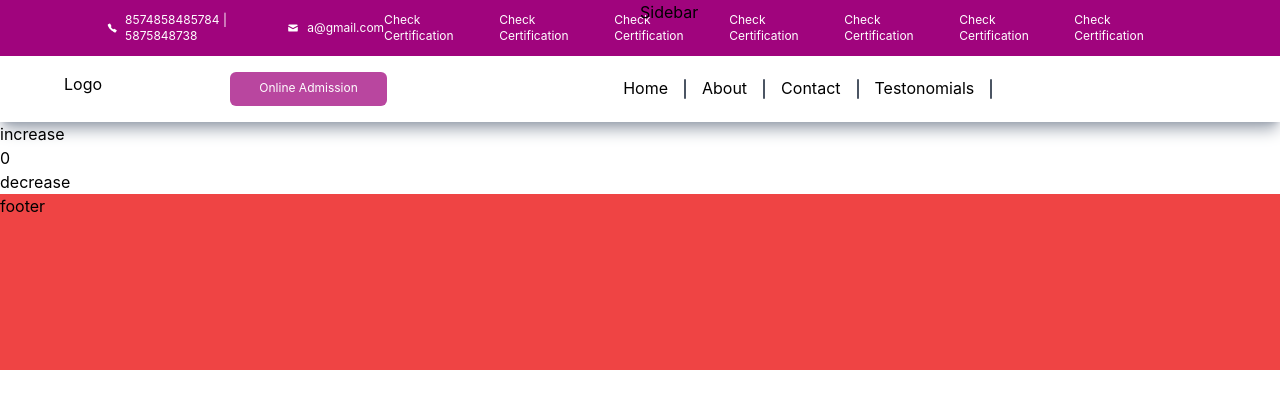
Repository: Sushant203/react-training-
Page: /
The author's editor kept a copy of each file at every save. The page is drawn from the files as they stood at one save, then again after the next save.
The browser window is 1280 px wide. The pictures show the whole page.
The project was rebuilt for these pictures with package versions that can differ from the ones it lists, and the page was loaded fresh each time. Also part of the build but not shown: src/App.css, src/components/LowerNav.jsx, src/components/UpperNav.jsx, src/Hoc/Layout/Layout.jsx.

Above is the page before, as saved 2022-12-19 20:49:49.

### src/App.js
import { useState } from 'react';
import './App.css';
import LowerNav from './components/LowerNav';
import UpperNav from './components/UpperNav';
import Layout from './Hoc/Layout/Layout'
import Homepage from './components/pages/homepage'
import Footer from './components/Footer/Footer';
import Sidebar from './components/Naviagtion/Sidebar/Sidebar';
import Toolbar from './components/Naviagtion/Toolbar/index';

function App() {
  return (
    <div>
      <Toolbar/>
      <Sidebar/>
     {/* <Layout> */}
      <Homepage/>
      <Footer/>
     {/* </Layout> */}
    </div>
  );
}

export default App;

### src/components/pages/homepage/index.jsx
import React, { useState } from "react";

function Index() {
  const [Data, setData] = useState(0);
  return (
    <div>
      <button
        onClick={() => {
          setData((previous) => previous + 1);
        }}
      >
        increase
      </button>
      <div>{Data}</div>
      <button
        onClick={() => {
          setData((previous) => previous - 1);
        }}
      >
        decrease
      </button>
    </div>
  );
}

export default Index;

### src/components/Footer/Footer.jsx
import React from "react";

function Footer() {
  return <div className="h-44 w-screen bg-red-500">footer</div>;
}

export default Footer;

### src/components/Naviagtion/Sidebar/Sidebar.jsx
import React from "react";

function Sidebar() {
  return (
    <div className="w-6/12 h-screen fixed top-0 right-0 z-10">Sidebar</div>
  );
}

export default Sidebar;

### src/components/Naviagtion/Toolbar/index.jsx
import React from "react";
import Header from "./header";
import Secondary from "./Secondary";

function Index() {
  return (
    <div className="h-fit bg-mainColor w-screen shadow-lg shadow-gray-400 ">
      <Header />
      <Secondary />
    </div>
  );
}

export default Index;

### src/components/Naviagtion/Toolbar/header.jsx
import React from "react";
import { IoCallSharp } from "react-icons/io5";
import { HiMail } from "react-icons/hi";
function Header() {
  const NavLinks = [
    { title: "check certificate" },
    { title: "Career" },
    { title: "Contact Us" },
    { title: "Download Brochure" },
    { title: "Hackathons" },
    { title: "Hire Talents" },
    { title: "Testimonials" },
  ];
  return (
    <div className="py-3 h-fit  md:w-10/12 mx-auto flex flex-col   md:flex-row items-center justify-between  md:text-xs">
      {/* number and email */}
      <div className="flex gap-2  text-white">
        <div className="flex gap-2  items-center">
          <IoCallSharp />
          8574858485784 | 5875848738
        </div>
        <div className=" flex gap-2 items-center">
          <HiMail />
          a@gmail.com
        </div>
      </div>
      {/* navigation links */}
      <div className="text-white hidden md:flex gap-4  ">
        {NavLinks.map((val, i) => {
          return (
            <div key={i} className="capitalize ">
              check certification
            </div>
          );
        })}
      </div>
    </div>
  );
}

export default Header;

### src/components/Naviagtion/Toolbar/Secondary.jsx
import React from "react";

function Secondary() {
  const Nalink = [
    {
      title: "Home",
    },
    {
      title: "About",
    },
    {
      title: "contact",
    },
    {
      title: "testonomials",
    },
  ];
  return (
    <div className="grid grid-cols-4 md:grid-cols-7 gap-2 justify-between px-16 w-full py-4 bg-white">
      <div>Logo</div>
      <div className="bg-mainColor col-span-2 flex justify-center md:col-span-1 px-1 md:px-4 py-2 animate-pulse duration-700 delay-200 text-xs rounded-md transition-all cursor-pointer text-white">
        Online Admission
      </div>
      <div className="md:col-span-5 hidden md:flex justify-center items-center gap-3">
        {Nalink.map((val, i) => {
          return (
            <div key={i} className="flex items-center gap-3">
              <div className="border-b-2 w-fit  border-transparent capitalize hover:border-mainColor rounded-sm p-1 cursor-pointer  ">
                {val.title}
              </div>
              <div className="h-5 w-[2px] rounded-md bg-gray-600"></div>
            </div>
          );
        })}
      </div>
    </div>
  );
}

export default Secondary;

### tailwind.config.js
/** @type {import('tailwindcss').Config} */
module.exports = {
  content: [
    "./src/**/*.{js,jsx,ts,tsx}",
  ],
  theme: {
    extend: {
      colors:{
        mainColor:'#A0047D'
      }
    },
  },
  plugins: [],
}

Loaded but not shown: public/index.html (common file); src/index.js (common file); src/index.css (common file); src/reportWebVitals.js (common file)

After the next save:
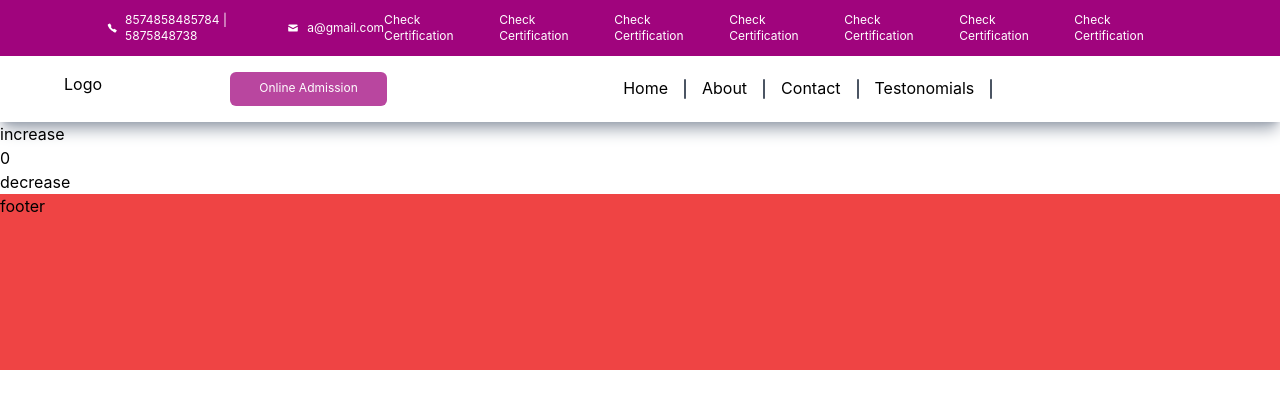
Saved 5 s later.
--- a/src/App.js
+++ b/src/App.js
@@ -9,10 +9,18 @@ import Sidebar from './components/Naviagtion/Sidebar/Sidebar';
 import Toolbar from './components/Naviagtion/Toolbar/index';
 
 function App() {
+  const [Show,setShow]=useState(false)
+  const showSidebar = () => {
+    setShow(!Show)
+    setShow(previous=>{
+      return !previous
+    }
+    )
+   }
   return (
     <div>
       <Toolbar/>
-      <Sidebar/>
+      {Show?<Sidebar/>:""}
      {/* <Layout> */}
       <Homepage/>
       <Footer/>
